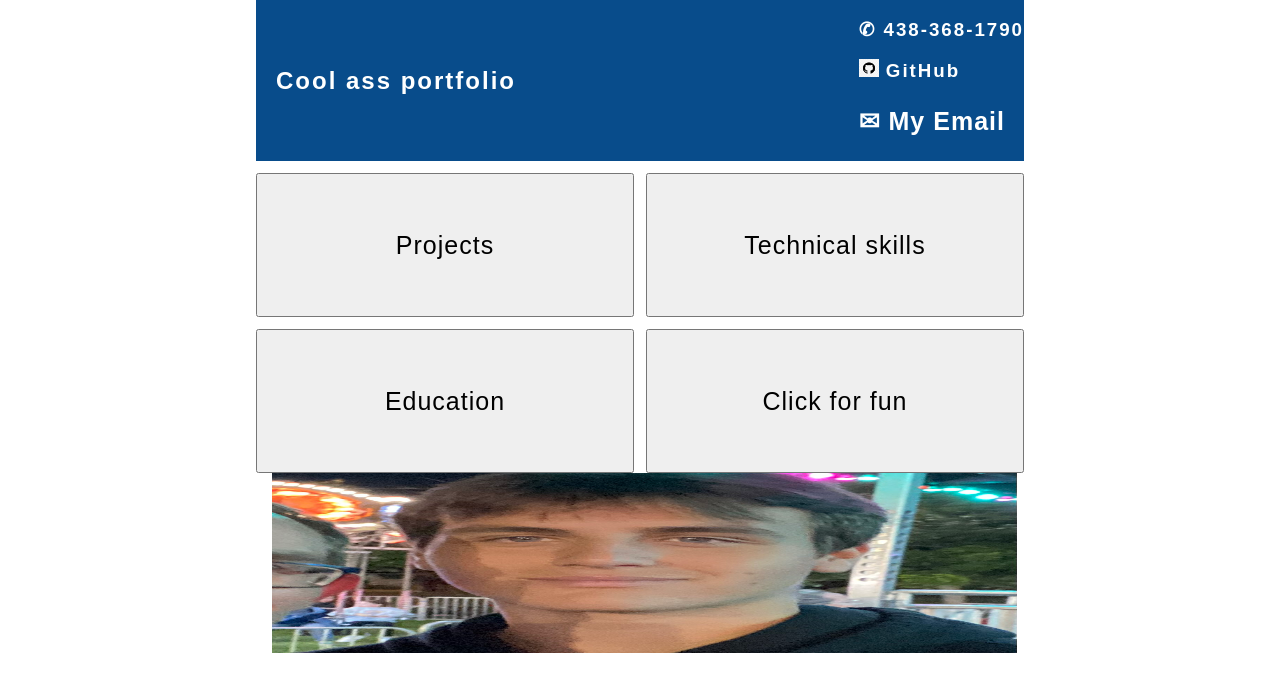
Repository: zackaroo20/zackaroo20
Page: index.html
These files come from the project's save history. The page is drawn as it stood at one moment and after the next save; the edit follows.
The browser window is 1280 px wide. The pictures show the whole page.

Above is the page before, as saved 2026-05-19 12:43:53.

After the next save:
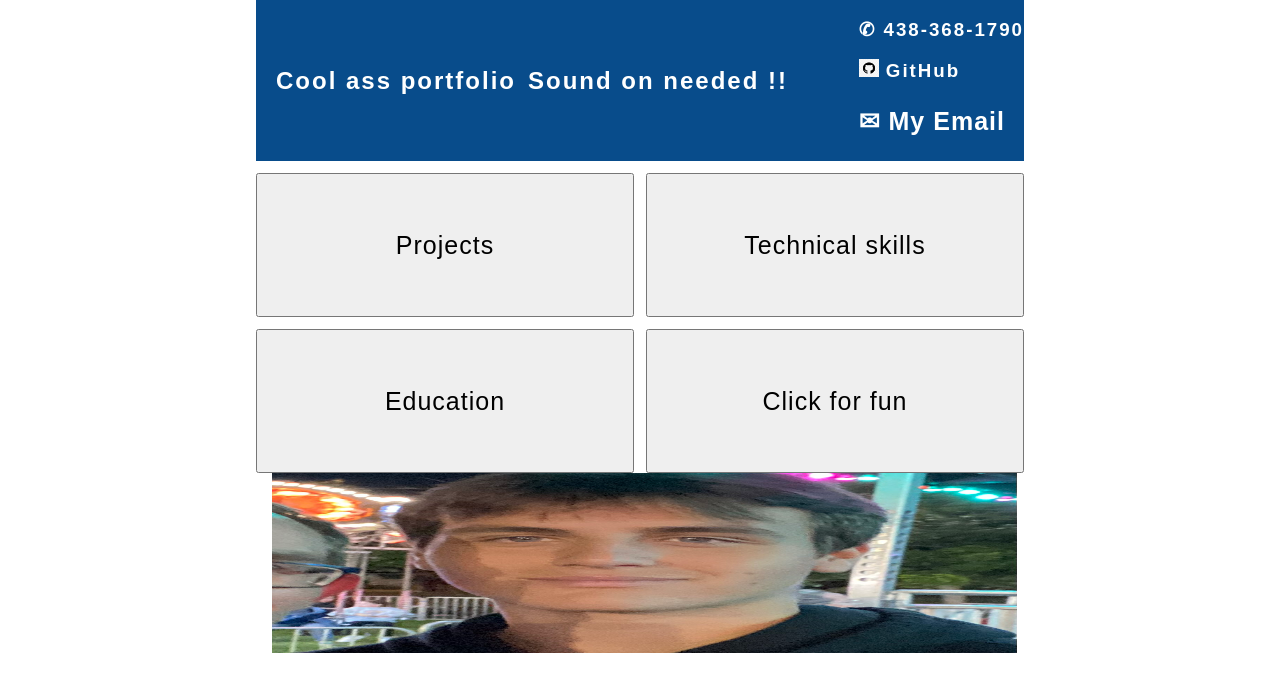
Saved 88 s later.
--- a/index.html
+++ b/index.html
@@ -9,6 +9,7 @@
   <header>
         <section id="cap">
             <h1>Cool ass portfolio</h1>
+            <h1>Sound on needed !!</h1>
         </section>
         <aside>
             <h3> ✆ 438-368-1790</h3>
